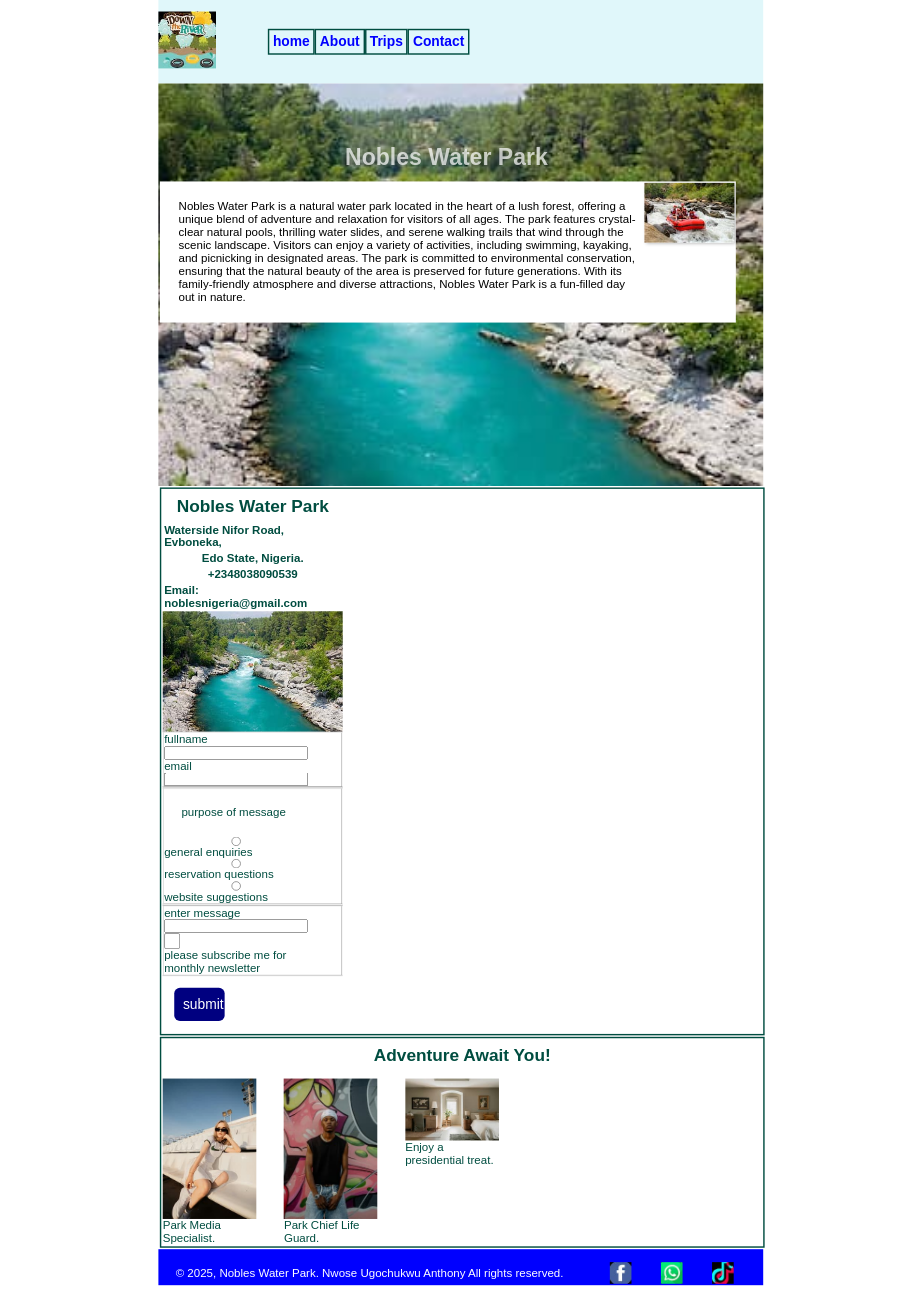
Repository: NoblesNigeria/wdd130
Page: wwr/contact.html
An editor plug-in stored every save of this project. The page is shown before and after the next save, followed by the edit.
The browser window is 1280 px wide. The pictures show the whole page, at 72% of full size.

Above is the page before, as saved 2025-09-24 14:25:58.

After the next save:
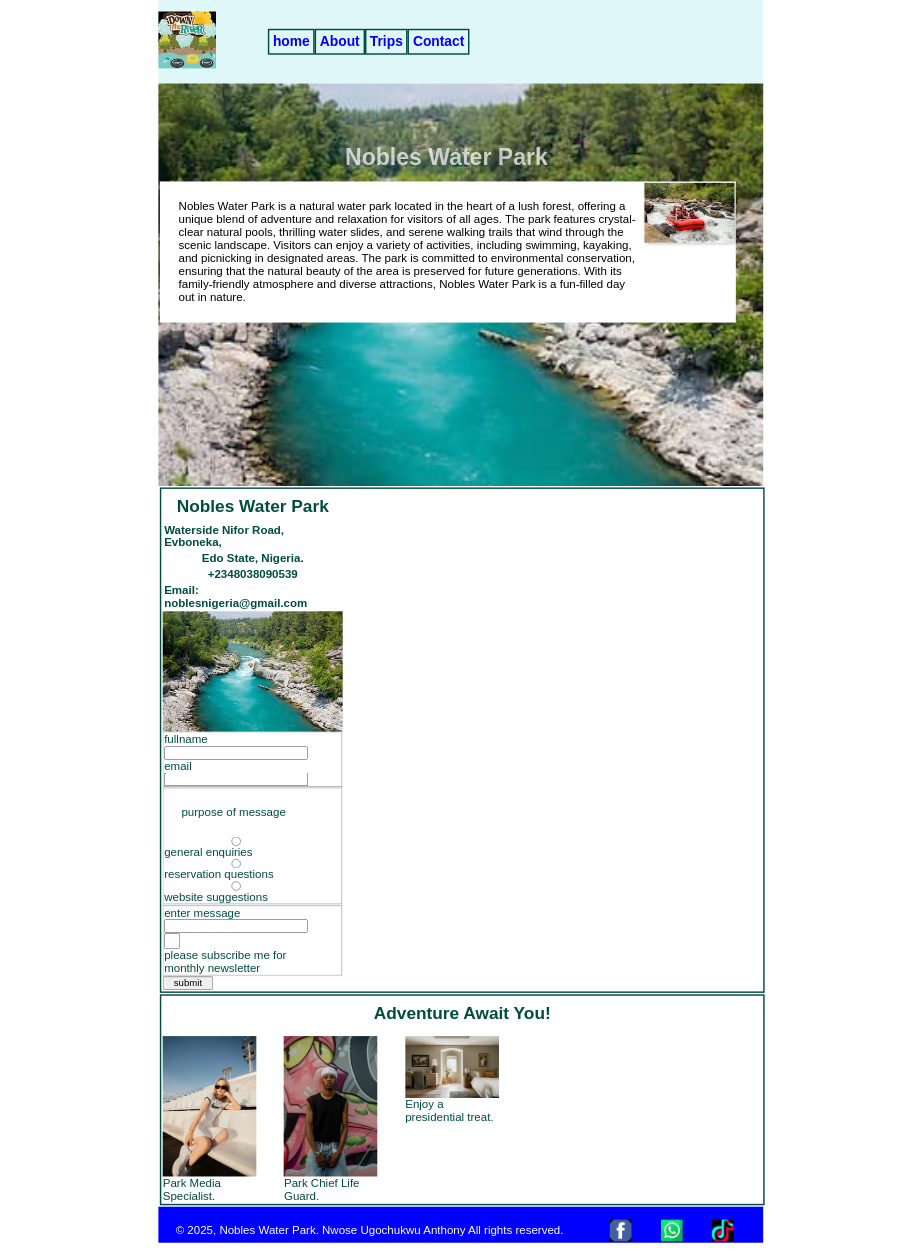
Saved 89 s later.
--- a/wwr/styles/rafting.css
+++ b/wwr/styles/rafting.css
@@ -107,15 +107,7 @@ label {
   text-align: left;
   padding-right: 1rem;
 }
-button {
-  margin: 1rem;
-  background-color: navy;
-  color: #fff;
-  border: none;
-  border-radius: .5rem;
-  padding: .75rem;
-  font-size: 1.2rem;
-}
+
 form fieldset{
     display: flex;
     flex-direction: column;
